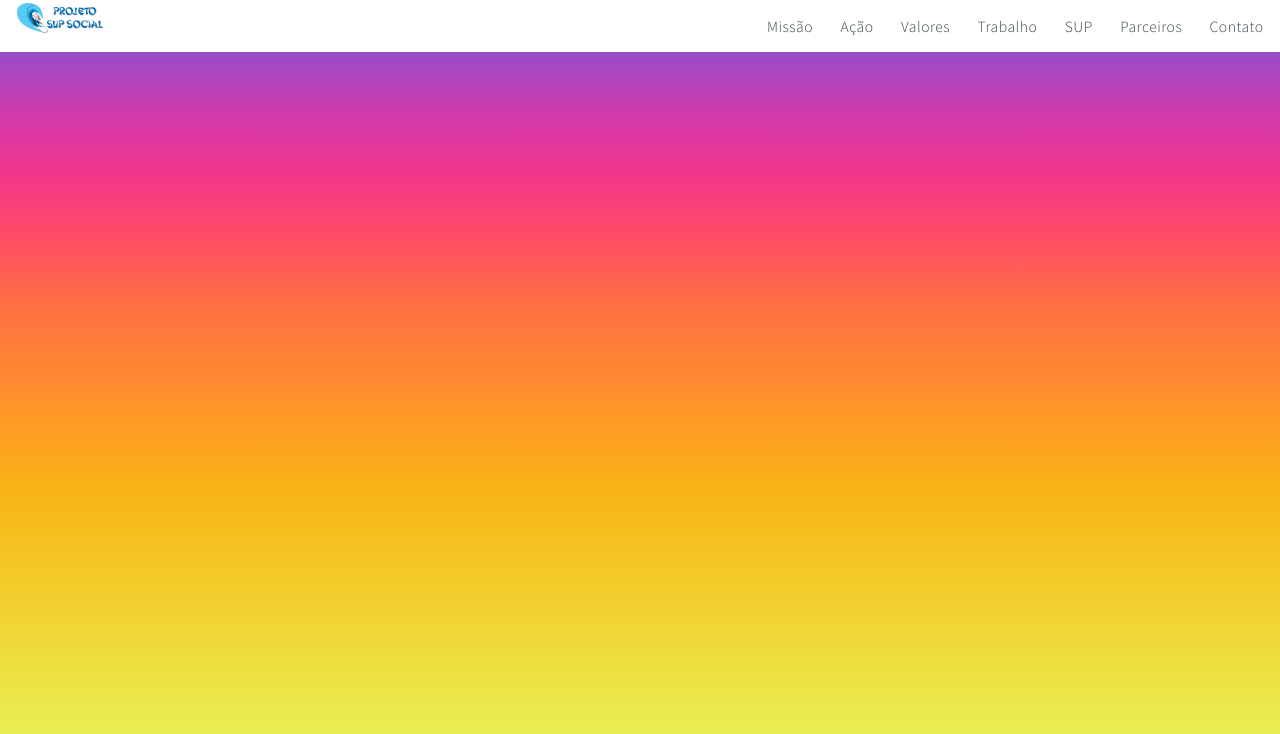
Repository: araguaci/supsocial
Page: index.html
An editor plug-in stored every save of this project. The page is shown before and after the next save, followed by the edit.
The browser window is 1280 px wide. The pictures show the part of the page from y = 0 to 734 px (the page is 5937 px tall).
Pictures or frames that could not be fetched are drawn as grey boxes. A picture or video elsewhere on the page could not be fetched, so the positions and the page height are approximate. Backgrounds fixed to the window are drawn as part of the page.

Above is the page before, as saved 2022-02-17 11:19:48.

After the next save:
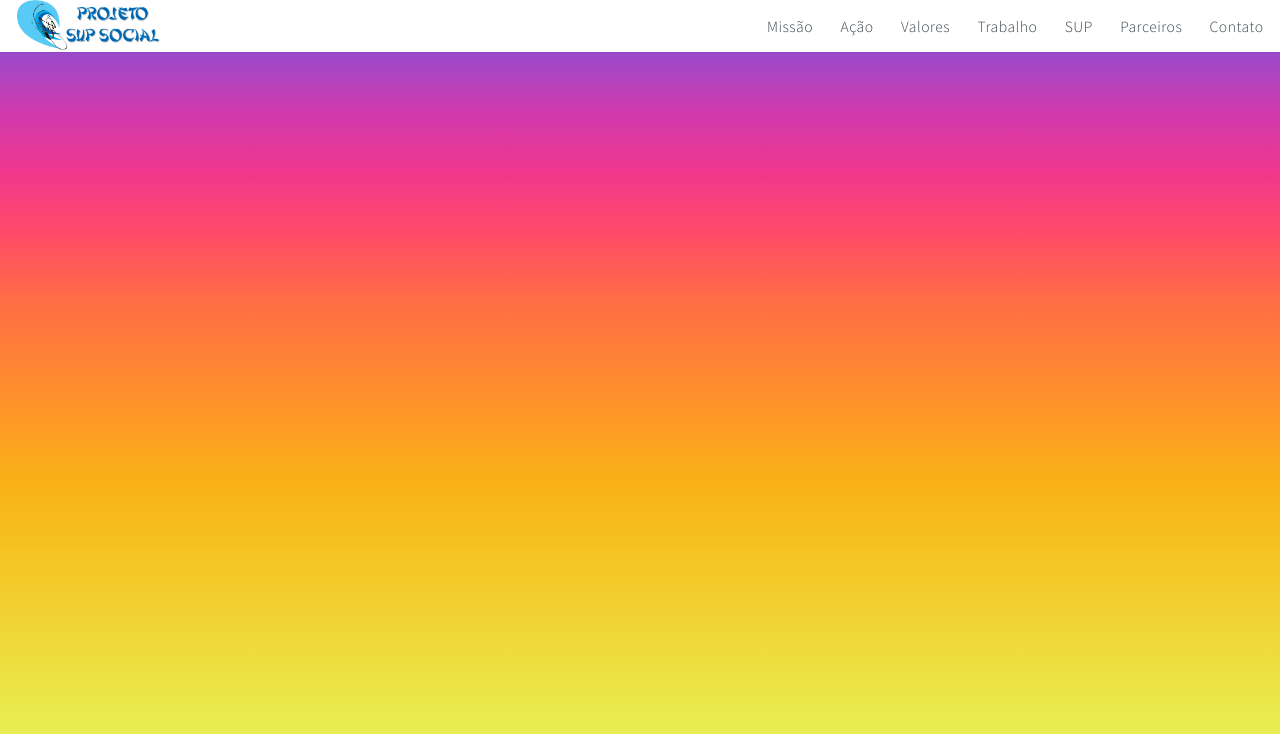
Saved 15 s later.
--- a/index.html
+++ b/index.html
@@ -34,7 +34,7 @@
 		<header id="header">
 
 			<!-- Logo -->
-			<h1 id="logo"><a href="#"><img src="./images/logo.png" height="30"></a></h1>
+			<h1 id="logo"><a href="#"><img src="./images/logo.png" height="50"></a></h1>
 
 			<!-- Nav -->
 			<nav id="nav">
